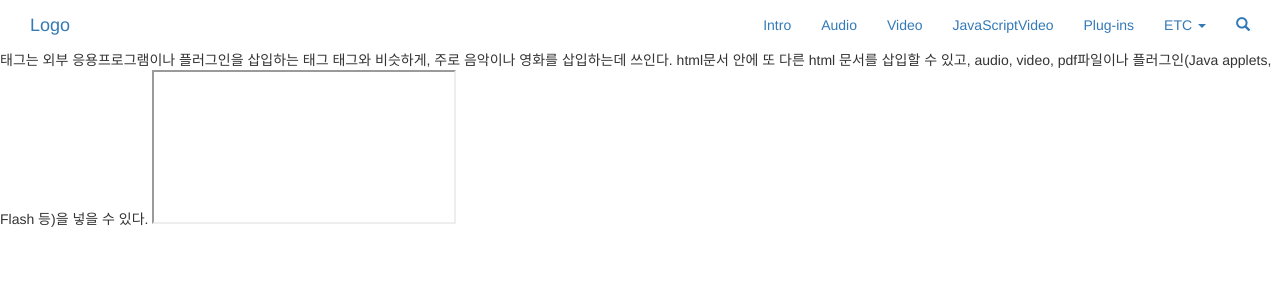
Repository: poomshen/team_03_project2
Page: WebBasic/WebContent/team/Plug-ins.html
These files come from the project's save history. The page is drawn as it stood at one moment and after the next save; the edit follows.
The browser window is 1280 px wide. The pictures show the whole page.

Above is the page before, as saved 2016-09-01 09:25:39.

After the next save:
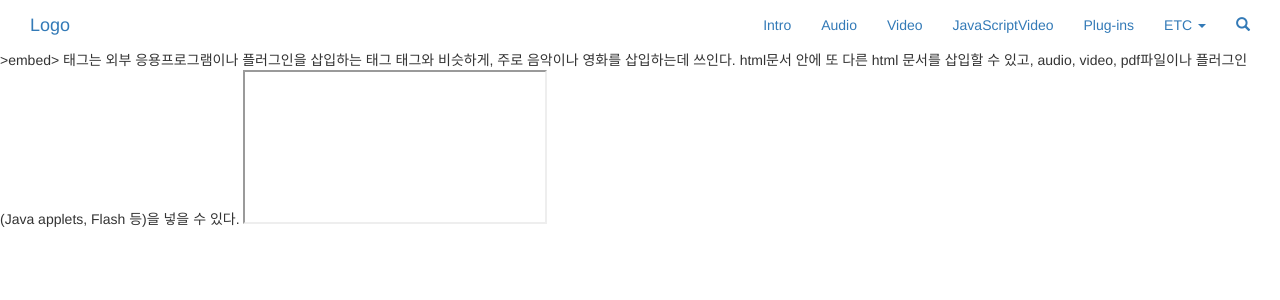
Saved 119 s later.
--- a/WebBasic/WebContent/team/Plug-ins.html
+++ b/WebBasic/WebContent/team/Plug-ins.html
@@ -67,7 +67,7 @@
       </ul>
     </div>
   </div>
-<embed> 태그는 외부 응용프로그램이나 플러그인을 삽입하는 태그
+&gt;embed&gt; 태그는 외부 응용프로그램이나 플러그인을 삽입하는 태그
 
 
 
